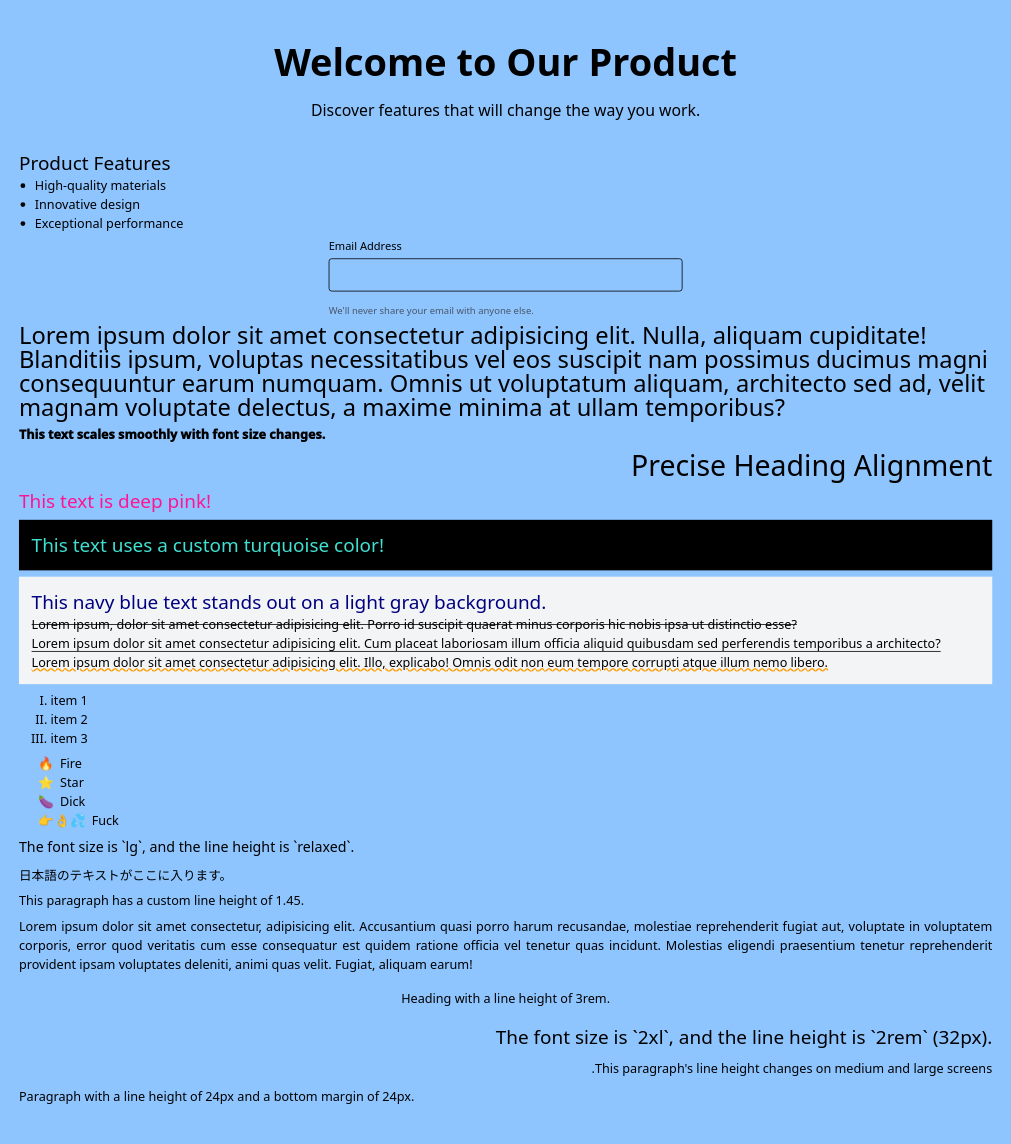
Repository: DinTri/TailwindCss
Page: index.html
An editor plug-in stored every save of this project. The page is shown before and after the next save, followed by the edit.
The browser window is 1280 px wide. The pictures show the whole page, at 79% of full size.
Some web fonts or font styles are not loaded; a fallback is used.

Above is the page before, as saved 2025-06-09 23:11:59.

### index.html
<!DOCTYPE html>
<html lang="en">
  <head>
    <meta charset="UTF-8">
    <meta name="viewport" content="width=device-width, initial-scale=1">
    <title>Play with Tailwind</title>
    <link rel="preconnect" href="https://fonts.googleapis.com">
<link rel="preconnect" href="https://fonts.gstatic.com" crossorigin>
<link href="https://fonts.googleapis.com/css2?family=Edu+VIC+WA+NT+Hand+Pre:wght@400..700&display=swap" rel="stylesheet">
    <link rel="stylesheet" href="style.css">
    </head>
  <body class="bg-blue-300">
    <div class="m-2 p-4 space-y-2">
      <section class="text-center py-6">
  <h1 class="text-5xl leading-tight font-bold">
    Welcome to Our Product
  </h1>
  <p class="text-xl leading-relaxed mt-4">
    Discover features that will change the way you work.
  </p>
</section>
<div class="product-description">
  <h2 class="text-2xl leading-snug">
    Product Features
  </h2>
  <ul class="list-disc pl-5 leading-normal">
    <li>High-quality materials</li>
    <li>Innovative design</li>
    <li>Exceptional performance</li>
  </ul>
</div>
<form class="max-w-md mx-auto">
  <label id="testLabel" class="block text-sm leading-tight mb-2">
    Email Address
  </label>
  <input type="email" aria-labelledby="testLabel" class="w-full border rounded px-3 py-2 mb-4">
  <small class="block text-xs leading-snug text-gray-600">
    We'll never share your email with anyone else.
  </small>
</form>
    <p class="text-3xl leading-none">Lorem ipsum dolor sit amet consectetur adipisicing elit. Nulla, aliquam cupiditate! Blanditiis ipsum, voluptas necessitatibus vel eos suscipit nam possimus ducimus magni consequuntur earum numquam. Omnis ut voluptatum aliquam, architecto sed ad, velit magnam voluptate delectus, a maxime minima at ullam temporibus?</p>
    <p class="text-base leading-normal font-[var(--font-extbold)]">
  This text scales smoothly with font size changes.
</p>
<h1 class="text-4xl leading-10 text-right">
  Precise Heading Alignment
</h1>
<p class="text-2xl font-medium text-[var(--color-deeppink)]">
  This text is deep pink!
</p>
<div class="bg-black p-4">
<p class="text-2xl text-[var(--color-turquoise)]">
  This text uses a custom turquoise color!
</p>
</div>
<div class="bg-gray-100 p-4">
  <p class="text-[#000080] text-2xl">
    This navy blue text stands out on a light gray background.
  </p>
  <p class="line-through">Lorem ipsum, dolor sit amet consectetur adipisicing elit. Porro id suscipit quaerat minus corporis hic nobis ipsa ut distinctio esse?</p>
  <p class="underline underline-offset-4">Lorem ipsum dolor sit amet consectetur adipisicing elit. Cum placeat laboriosam illum officia aliquid quibusdam sed perferendis temporibus a architecto?</p>
  <p class="underline decoration-amber-500 decoration-wavy">Lorem ipsum dolor sit amet consectetur adipisicing elit. Illo, explicabo! Omnis odit non eum tempore corrupti atque illum nemo libero.</p>
</div>
<ul class="list-[upper-roman] p-[revert]">
  <li>item 1</li>
  <li>item 2</li>
  <li>item 3</li>
</ul>
<ul class="list-emoji pl-6">
  <li class="before:content-['🔥'] before:mr-2">Fire</li>
  <li class="before:content-['⭐'] before:mr-2">Star</li>
  <li class="before:content-['🍆'] before:mr-2">Dick</li>
  <li class="before:content-['👉👌💦'] before:mr-2">Fuck</li>
</ul>
<p class="text-lg/relaxed">
  The font size is `lg`, and the line height is `relaxed`.
</p>
<p class="leading-relaxed" lang="ja">
  日本語のテキストがここに入ります。
</p>
<p class="leading-[1.45]">
  This paragraph has a custom line height of 1.45.
</p>
<p class="text-justify">Lorem ipsum dolor sit amet consectetur, adipisicing elit. Accusantium quasi porro harum recusandae, molestiae reprehenderit fugiat aut, voluptate in voluptatem corporis, error quod veritatis cum esse consequatur est quidem ratione officia vel tenetur quas incidunt. Molestias eligendi praesentium tenetur reprehenderit provident ipsam voluptates deleniti, animi quas velit. Fugiat, aliquam earum!</p>
<h1 class="leading-[3rem] text-center">
  Heading with a line height of 3rem.
</h1>
<p class="text-2xl/8 text-end">
  The font size is `2xl`, and the line height is `2rem` (32px).
</p>
<p class="leading-normal md:leading-relaxed lg:leading-loose text-start" dir="rtl">
  This paragraph's line height changes on medium and large screens.
</p>
<p class="text-base leading-6 mb-6">
  Paragraph with a line height of 24px and a bottom margin of 24px.
</p>
  </div>
  </body>
</html>

Loaded but not shown: style.css (2230 lines, source omitted)

After the next save:
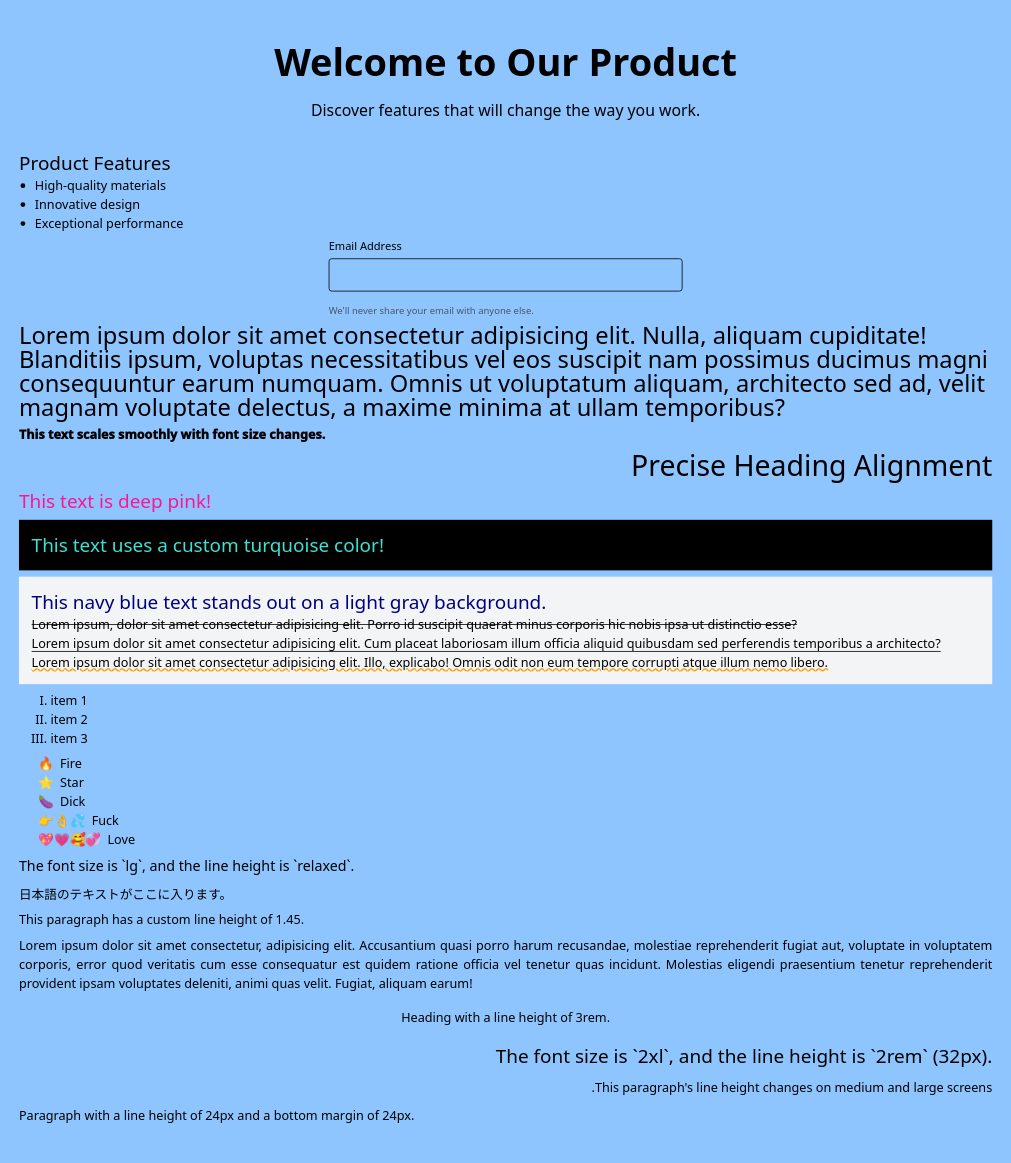
Saved 2 min 31 s later.
--- a/index.html
+++ b/index.html
@@ -71,6 +71,7 @@
   <li class="before:content-['⭐'] before:mr-2">Star</li>
   <li class="before:content-['🍆'] before:mr-2">Dick</li>
   <li class="before:content-['👉👌💦'] before:mr-2">Fuck</li>
+  <li class="before:content-['💖💗🥰💞'] before:mr-2">Love</li>
 </ul>
 <p class="text-lg/relaxed">
   The font size is `lg`, and the line height is `relaxed`.
